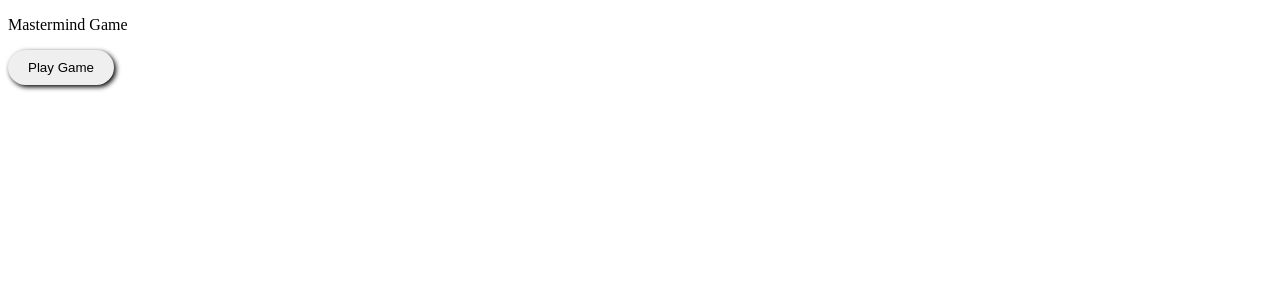
Repository: programmer686/Mastermind-with-Next.js
Page: /
An editor plug-in stored every save of this project. The page is shown before and after the next save, followed by the edit.
The browser window is 1280 px wide. The pictures show the whole page.
The project was rebuilt for these pictures with package versions that can differ from the ones it lists, and the page was loaded fresh each time. The framework's server and built-in components were replaced by stand-ins that run in the browser. Also part of the build but not shown: next.config.js, src/styles/globals.css, src/styles/Home.module.css.

Above is the page before, as saved 2023-07-15 18:43:35.

### src/pages/index.js
import Head from 'next/head'
import Image from 'next/image'
import { Inter } from 'next/font/google'
import styles from '@/styles/Home.module.css'
import StartScreen from '@/comps/StartScreen'
const inter = Inter({ subsets: ['latin'] })

export default function Home() {
  return (
    <>
      <Head>
        <title>Create Next App</title>
        <meta name="description" content="Generated by create next app" />
        <meta name="viewport" content="width=device-width, initial-scale=1" />
        <link rel="icon" href="/favicon.ico" />
      </Head>
     <main>
        <StartScreen/>
     </main>
    </>
  )
}

### src/comps/StartScreen.js
import styles from '@/styles/StartScreen.module.css'

export default function StartScreen() {
    return (
        <main className={styles.startscreen__body}>
            <p className={styles.startscreen__game_name}>Mastermind Game</p>
            <button className={styles.startscreen__play_button}>Play Game</button>
        </main>
    )
}

### src/styles/StartScreen.module.css
.startscreen__body {
    width: 100%;

}

.startscreen__play_button {
    padding: 10px 20px;
    border: none;
    border-radius: 20px;
    box-shadow: 2px 2px 5px black;

}

Loaded but not shown: src/pages/_app.js (common file); src/pages/_document.js (common file)

After the next save:
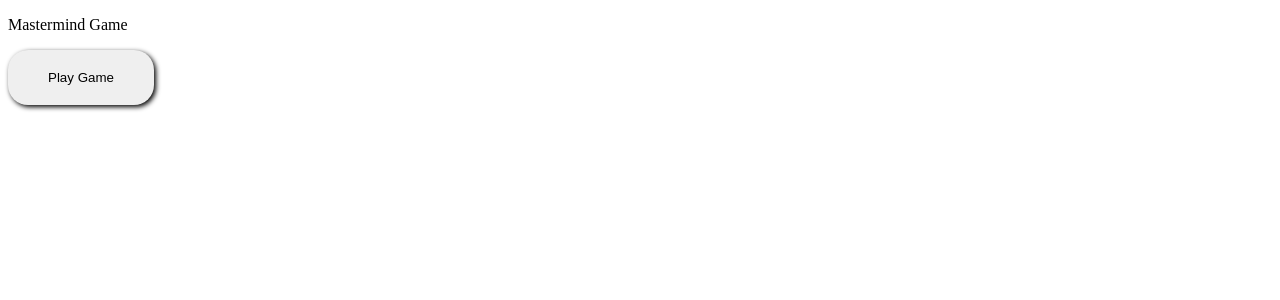
Saved 20 s later.
--- a/src/styles/StartScreen.module.css
+++ b/src/styles/StartScreen.module.css
@@ -4,7 +4,7 @@
 }
 
 .startscreen__play_button {
-    padding: 10px 20px;
+    padding: 20px 40px;
     border: none;
     border-radius: 20px;
     box-shadow: 2px 2px 5px black;
